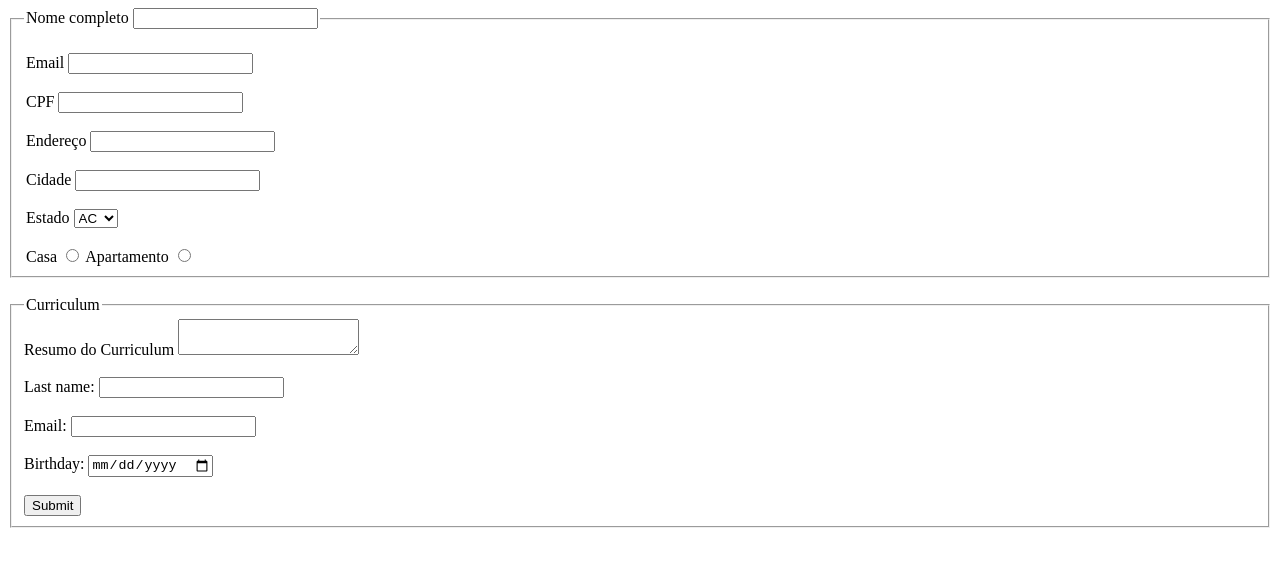
Repository: Parker9309/-trybe-exercises
Page: exercises/exercises-bloco6/html-e-css-forms-flexbox-e-responsivo_1/index.html
These files come from the project's save history. The page is drawn as it stood at one moment and after the next save; the edit follows.
The browser window is 1280 px wide. The pictures show the whole page.

Above is the page before, as saved 2021-03-16 20:19:07.

After the next save:
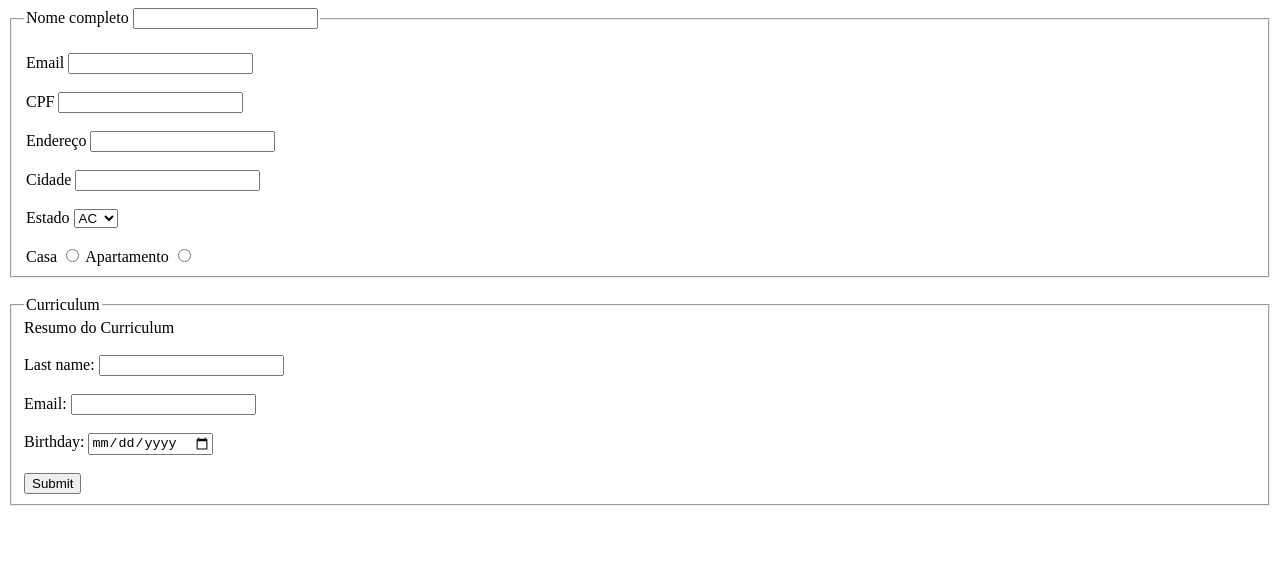
Saved 8 s later.
--- a/exercises/exercises-bloco6/html-e-css-forms-flexbox-e-responsivo_1/index.html
+++ b/exercises/exercises-bloco6/html-e-css-forms-flexbox-e-responsivo_1/index.html
@@ -77,7 +77,7 @@
 <fieldset>
   <legend>Curriculum</legend>
   <label for="fname">Resumo do Curriculum</label>
-  <textarea type="text" id="fname" name="fname"></textarea><br><br>
+  <text type="text" id="fname" name="fname"><br><br>
   <label for="lname">Last name:</label>
   <input type="text" id="lname" name="lname"><br><br>
   <label for="email">Email:</label>
